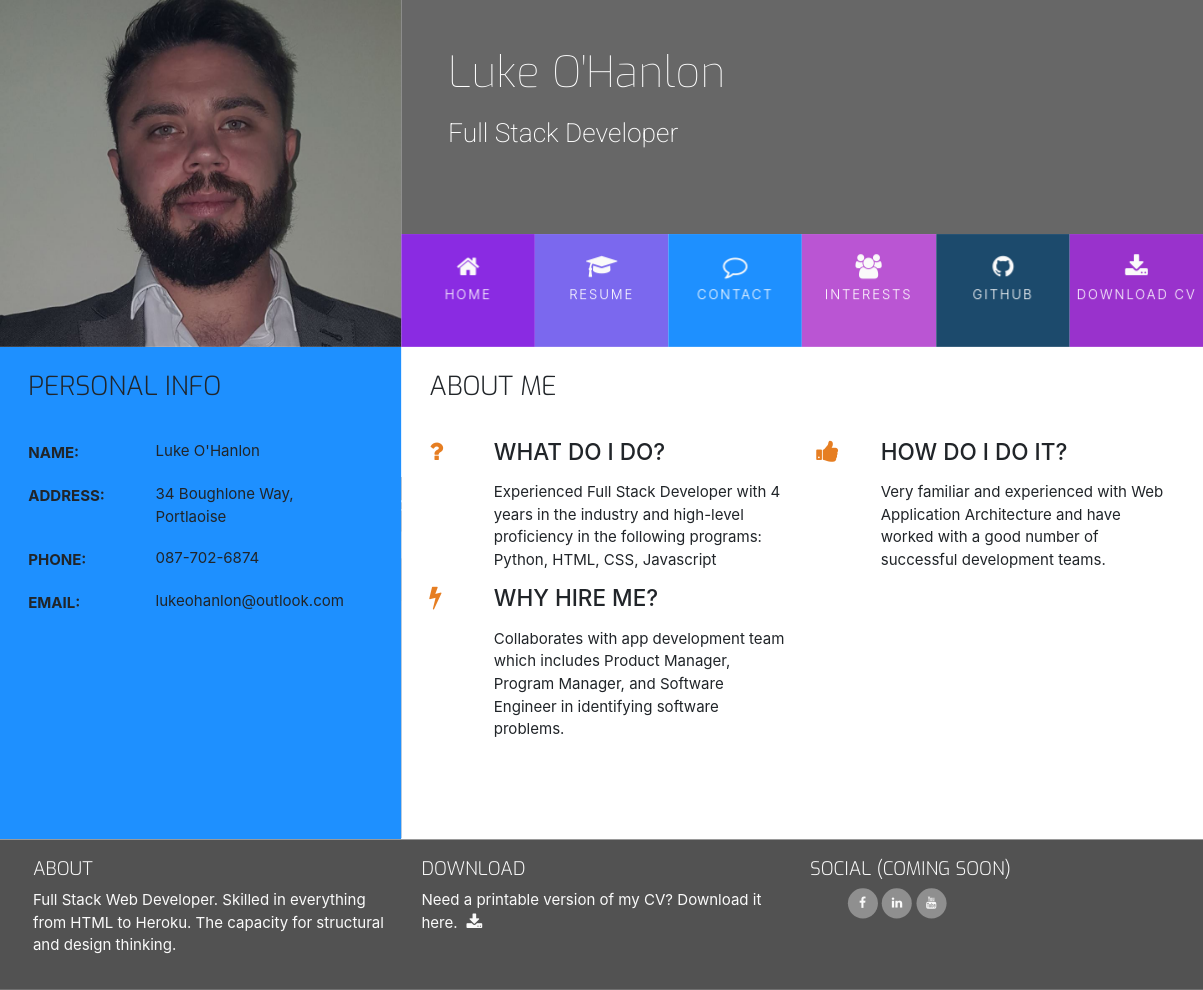
Repository: luke0han/my-resume
Page: index.html
The author's editor kept a record of every edit. The page is drawn from the files as they stood at one moment, then again after the next edit.
The browser window is 1280 px wide. The pictures show the whole page, at 94% of full size.

Above is the page before.

After the next edit:
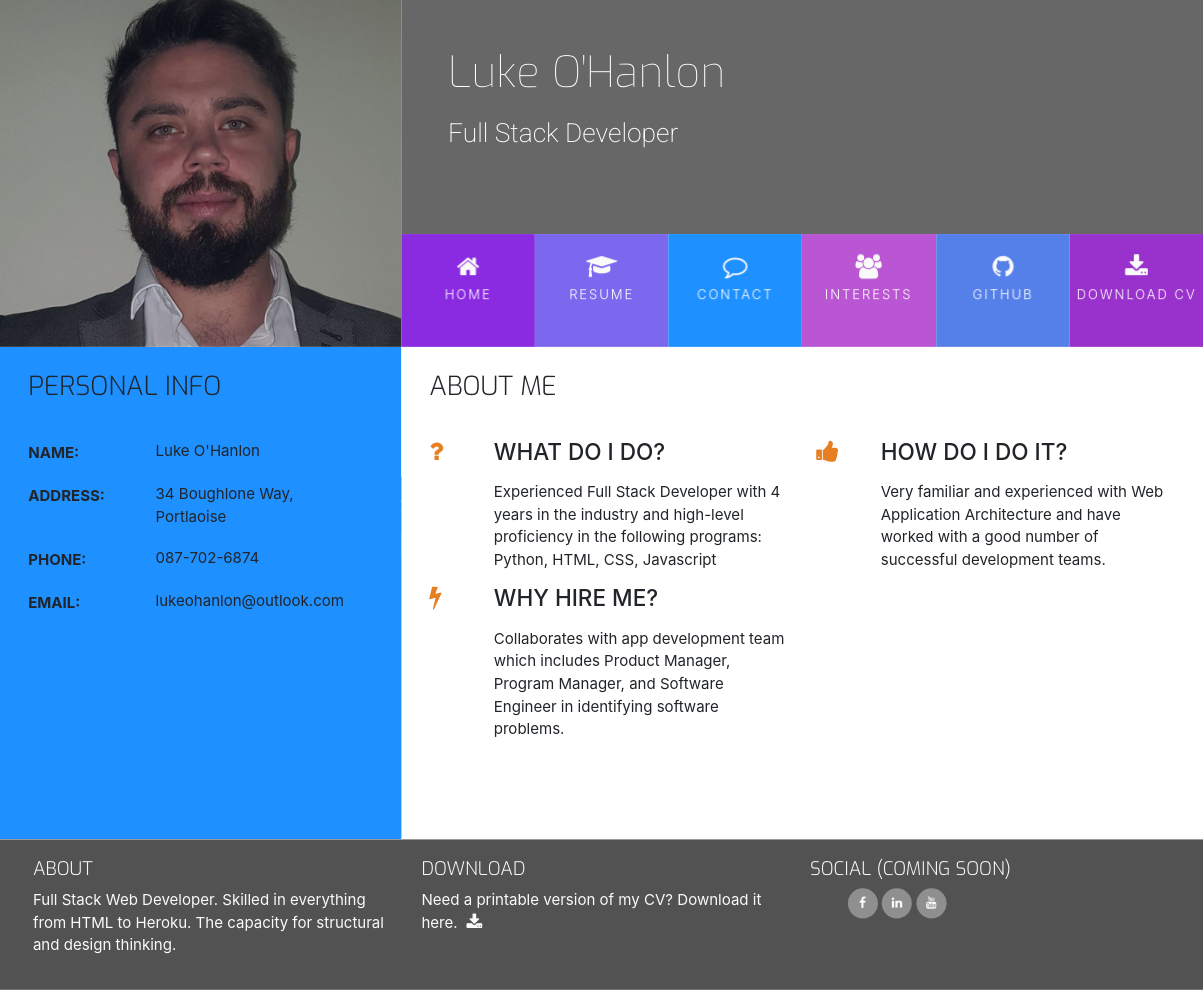
The edit:
--- a/assets/css/style.css
+++ b/assets/css/style.css
@@ -38,7 +38,7 @@
 
 
 .ui-menu-color-github {
-    background-color: #1c4a6c;
+    background-color: #5680e9;
 }
 
 /*****************************************Special paddings/margins/text***************************************/
